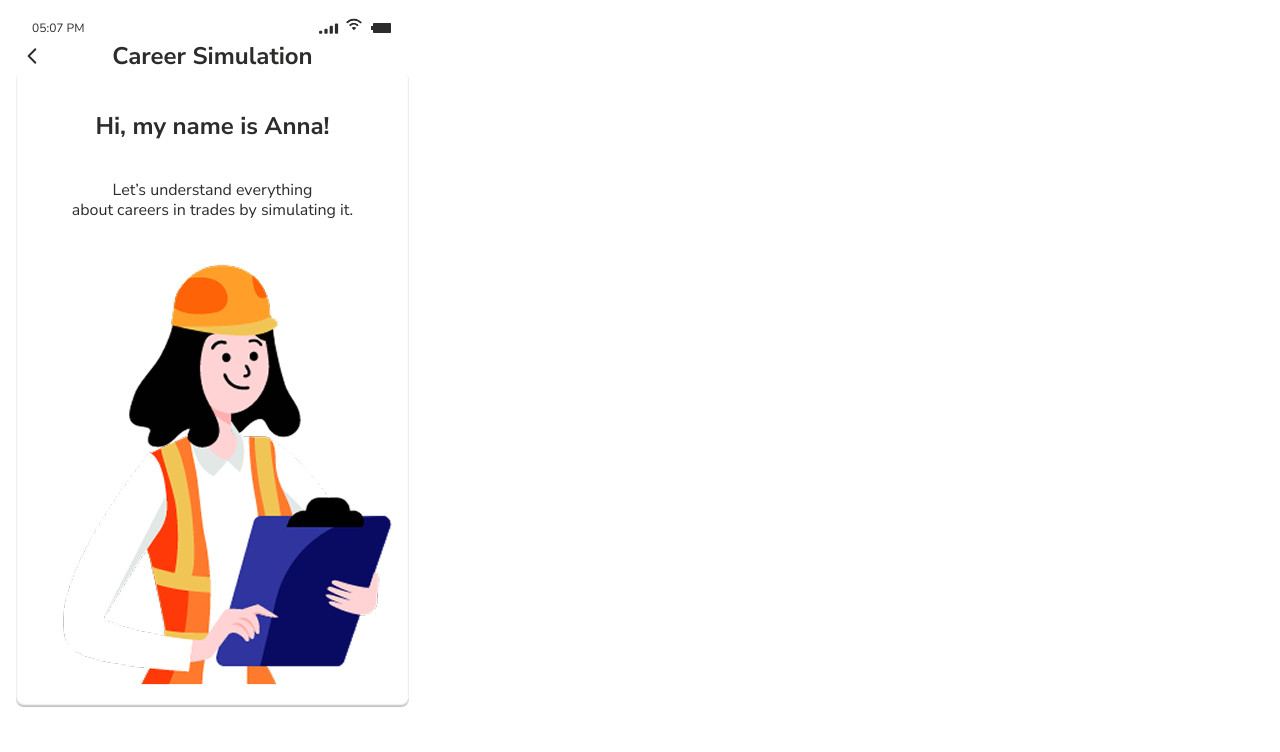
Repository: daniel-liu01/week10books
Page: /
These files come from the project's save history. The page is drawn as it stood at one moment and after the next save; the edit follows.
The browser window is 1280 px wide. The pictures show the whole page.
The project was rebuilt for these pictures with package versions that can differ from the ones it lists, and the page was loaded fresh each time. Also part of the build but not shown: vite.config.js, vite.config.ts, src/App.css.

Above is the page before, as saved 2025-10-17 18:08:17.

After the next save:
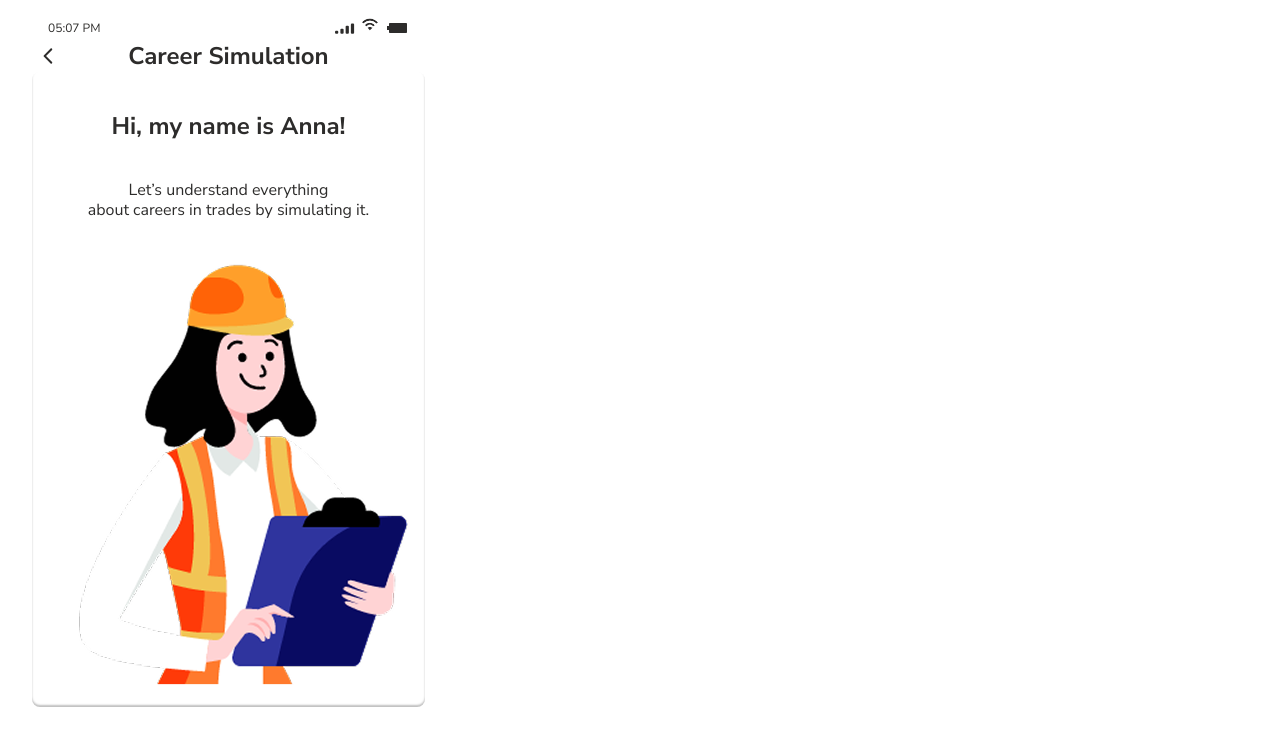
Saved 13 s later.
--- a/src/index.css
+++ b/src/index.css
@@ -22,7 +22,7 @@ body {
 html {
     display: flex;
     align-items: flex-start;
-    gap: var(--space-regular);
+    padding: 0 var(--space-regular);
 }
 
 /* ------------------------------------------------------ VARIABLES ------------------------------------------------------ */
